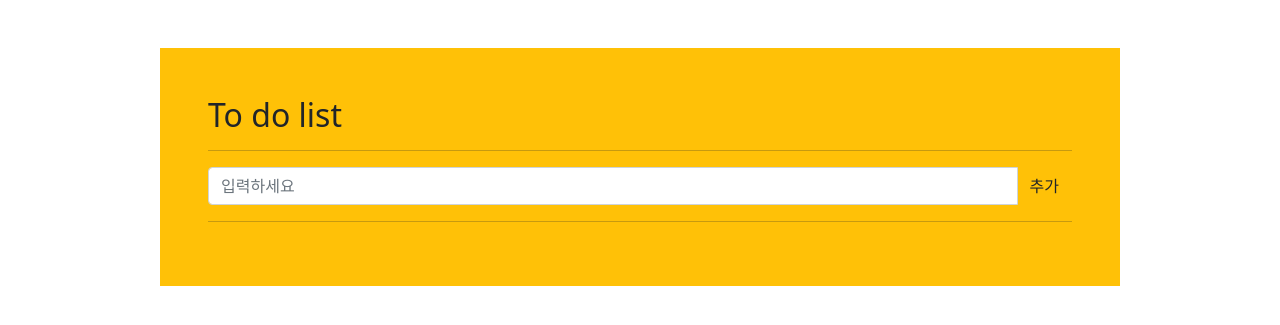
Repository: Hwater00/JSP-practice
Page: javaWorkspace/jwbook/src/main/webapp/ch03/todoapp.html
These files come from the project's save history. The page is drawn as it stood at one moment and after the next save; the edit follows.
The browser window is 1280 px wide. The pictures show the whole page.

Above is the page before, as saved 2023-07-27 00:47:13.

### javaWorkspace/jwbook/src/main/webapp/ch03/todoapp.html
<!DOCTYPE html>
<html>
<head>
<meta charset="UTF-8">
<link href="https://cdn.jsdelivr.net/npm/bootstrap@5.0.2/dist/css/bootstrap.min.css" rel="stylesheet" integrity="sha384-EVSTQN3/azprG1Anm3QDgpJLIm9Nao0Yz1ztcQTwFspd3yD65VohhpuuCOmLASjC" crossorigin="anonymous">
<title>Insert title here</title>
</head>
<body>
	<div class="container bg-warning show mx-auto mt-5 p-5 w-75">
		<div>
			<h2>To do list</h2>
			<hr>
			<div class="input-group">
				<input id="item" class="form-control" type="text" placeholder="입력하세요">
				<button type="button" class="btn btn-control" onclick="addTime()">추가</button>
			</div>

		</div>
		<hr>
		<ul id="todolist" class="liat-group"></ul>
		</div>

</body>
</html>

After the next save:
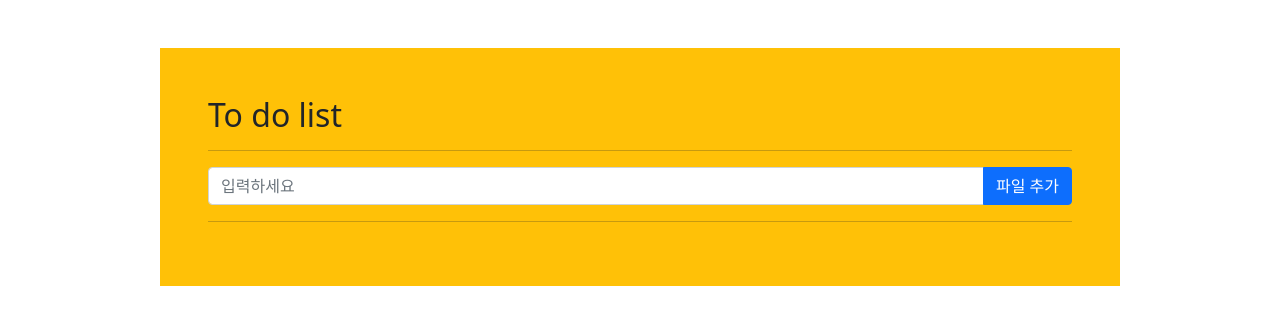
Saved 4 min 11 s later.
--- a/javaWorkspace/jwbook/src/main/webapp/ch03/todoapp.html
+++ b/javaWorkspace/jwbook/src/main/webapp/ch03/todoapp.html
@@ -12,7 +12,7 @@
 			<hr>
 			<div class="input-group">
 				<input id="item" class="form-control" type="text" placeholder="입력하세요">
-				<button type="button" class="btn btn-control" onclick="addTime()">추가</button>
+				<button type="button" class="btn btn-primary" onclick="addTime()">파일 추가</button>
 			</div>
 
 		</div>
